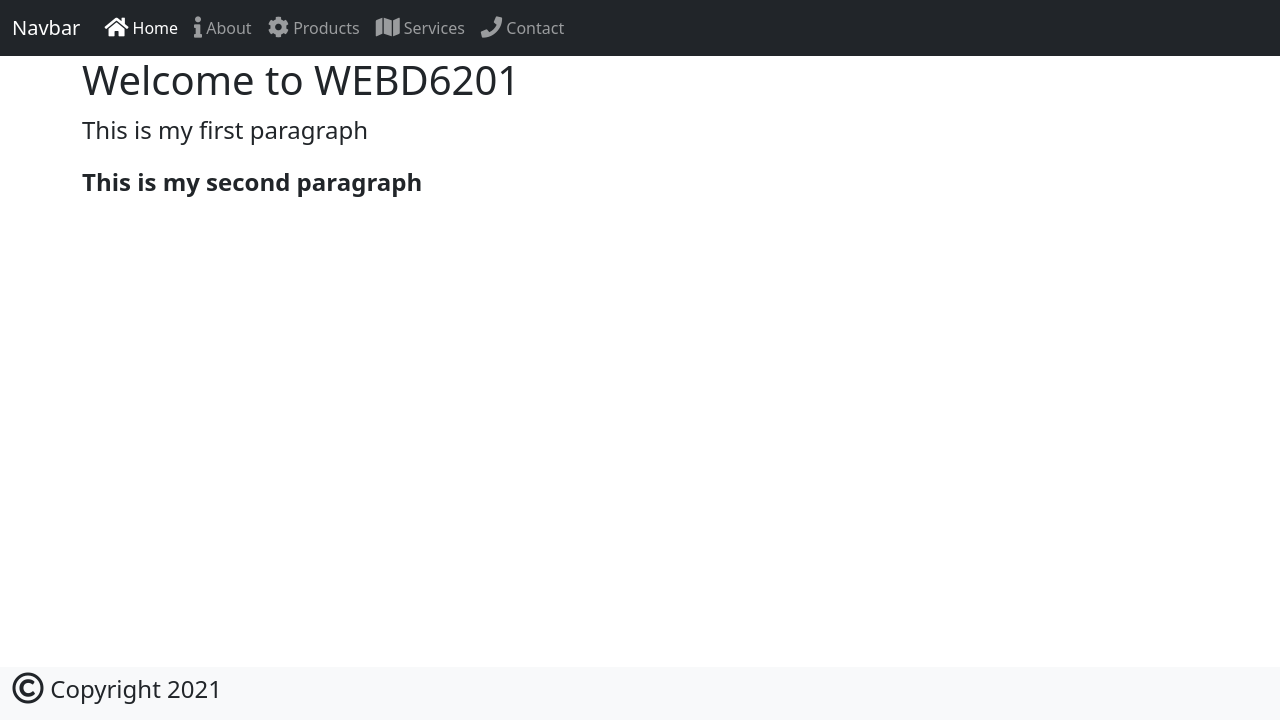
Repository: evanpalmer002/WEBD6201-ICE4
Page: index.html
These files come from the project's save history. The page is drawn as it stood at one moment and after the next save; the edit follows.
The browser window is 1280 px wide. The pictures show the whole page.

Above is the page before, as saved 2021-01-20 15:33:54.
Console error: ReferenceError: paragraphThree is not defined

After the next save:
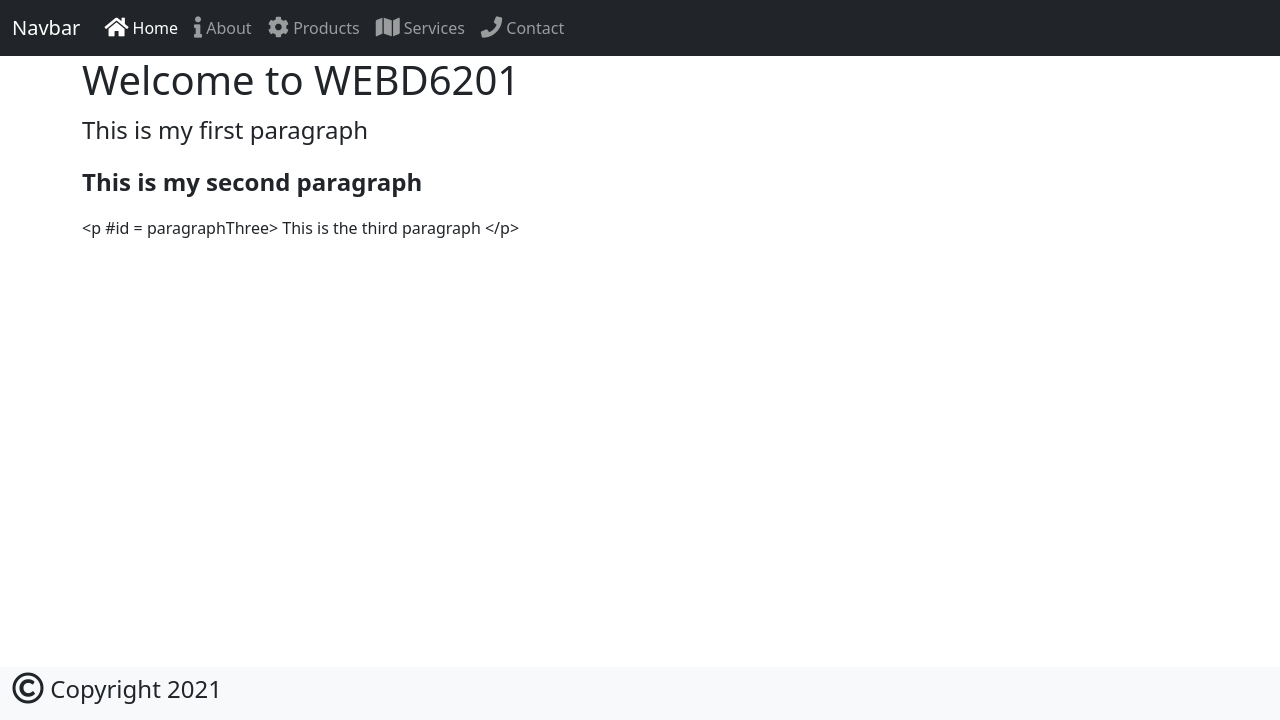
The error is gone.
Saved 11 s later.
--- a/Scripts/app.js
+++ b/Scripts/app.js
@@ -26,7 +26,7 @@
         //Step 4 Append the new element to the parent
         mainContent.appendChild(paragraphTwo);
 
-        let parahraphThree = `<p #id = paragraphThree> This is the third paragraph </p>`
+        let paragraphThree = `<p #id = paragraphThree> This is the third paragraph </p>`
 
 
         mainContent.append(paragraphThree);
